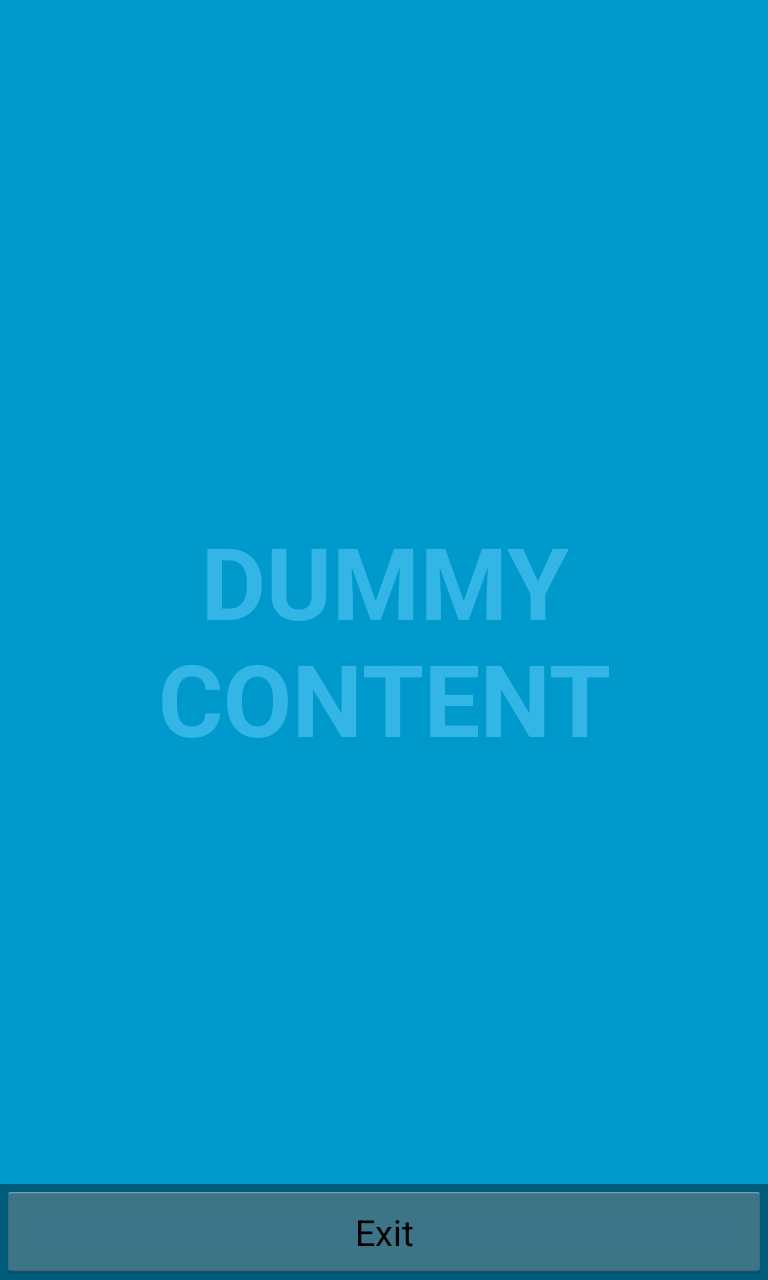
Repository: anuragawasthi89/AndroidImageProcessing
Layout: CVProcessor/res/layout/activity_main_window.xml
The author's editor kept a copy of each file at every save. The layout is drawn from the files as they stood at one save, then again after the next save.
It is drawn on a 768 x 1280 px phone screen (xhdpi) without system bars, with theme AppTheme; the app's code is not run.

Above is the layout before, as saved 2014-02-07 19:01:36.

### CVProcessor/res/layout/activity_main_window.xml
<FrameLayout xmlns:android="http://schemas.android.com/apk/res/android"
    xmlns:tools="http://schemas.android.com/tools"
    android:layout_width="match_parent"
    android:layout_height="match_parent"
    android:background="#0099cc"
    tools:context=".MainWindow" >

    <!--
         The primary full-screen view. This can be replaced with whatever view
         is needed to present your content, e.g. VideoView, SurfaceView,
         TextureView, etc.
    -->

    <TextView
        android:id="@+id/fullscreen_content"
        android:layout_width="match_parent"
        android:layout_height="match_parent"
        android:gravity="center"
        android:keepScreenOn="true"
        android:text="@string/dummy_content"
        android:textColor="#33b5e5"
        android:textSize="50sp"
        android:textStyle="bold" />

    <!--
         This FrameLayout insets its children based on system windows using
         android:fitsSystemWindows.
    -->

    <FrameLayout
        android:layout_width="match_parent"
        android:layout_height="match_parent"
        android:fitsSystemWindows="true" >

        <LinearLayout
            android:id="@+id/fullscreen_content_controls"
            style="?buttonBarStyle"
            android:layout_width="match_parent"
            android:layout_height="wrap_content"
            android:layout_gravity="bottom|center_horizontal"
            android:background="@color/black_overlay"
            android:orientation="horizontal"
            tools:ignore="UselessParent" >

            <Button
                android:id="@+id/exit_button"
                style="?buttonBarButtonStyle"
                android:layout_width="0dp"
                android:layout_height="wrap_content"
                android:layout_weight="1"
                android:text="@string/exit_button" />
        </LinearLayout>
    </FrameLayout>

</FrameLayout>

### CVProcessor/res/values/strings.xml
<?xml version="1.0" encoding="utf-8"?>
<resources>

    <string name="app_name">CV Processor</string>
    <string name="exit_button">Exit</string>
    <string name="dummy_content">DUMMY\nCONTENT</string>
    <string name="view_camera_calibration_button">Cam Calibration</string>
    <string name="face_tracking_button">Face Tracker</string>

</resources>

Loaded but not shown: CVProcessor/res/values/styles.xml (common file); CVProcessor/res/values-v11/styles.xml (common file); CVProcessor/res/values-v14/styles.xml (common file); CVProcessor/res/values/colors.xml (common file)

After the next save:
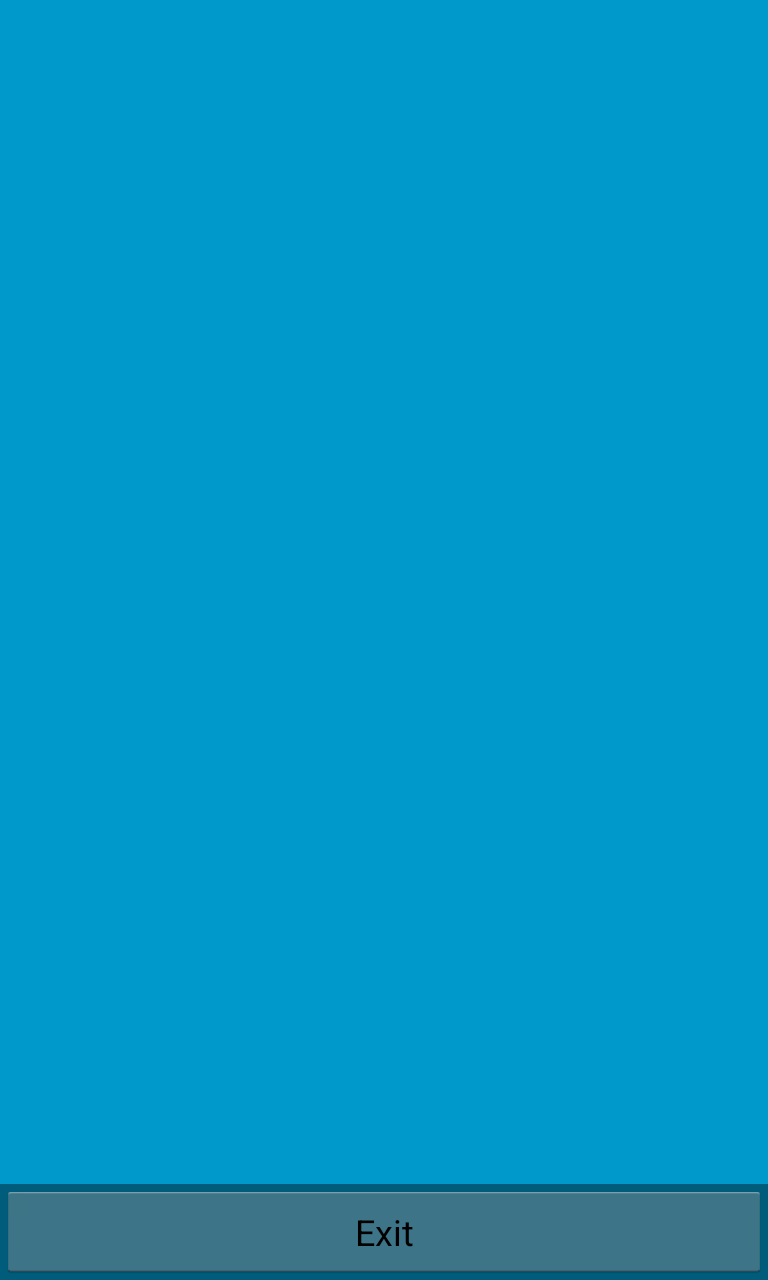
Saved 75 s later.
--- a/CVProcessor/res/layout/activity_main_window.xml
+++ b/CVProcessor/res/layout/activity_main_window.xml
@@ -11,7 +11,7 @@
          TextureView, etc.
     -->
 
-    <TextView
+    <LinearLayout
         android:id="@+id/fullscreen_content"
         android:layout_width="match_parent"
         android:layout_height="match_parent"
